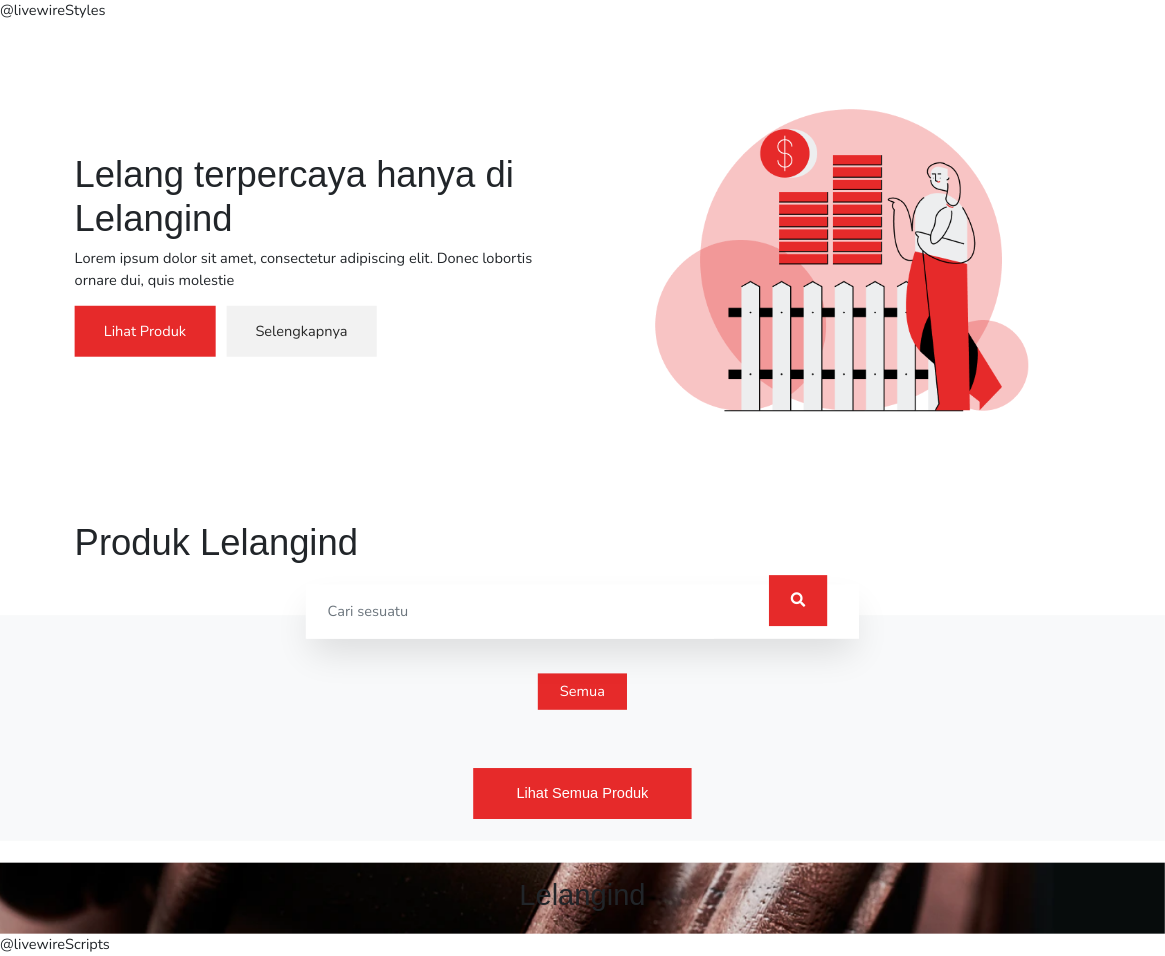
Repository: khulqu15/lelangyuk
Page: http://localhost/
These files come from the project's save history. The page is drawn as it stood at one moment and after the next save; the edit follows.
The browser window is 1280 px wide. The pictures show the whole page, at 91% of full size.
Backgrounds fixed to the window are drawn as part of the page. Some web fonts or font styles are not loaded; a fallback is used. The page is served by the project's Laravel application, run on PHP 8.4 with Laravel 8. Other server files are loaded and not shown. Queries for data that is not in the repository find no rows.

Above is the page before, as saved 2021-02-15 15:58:32.

### routes/web.php
<?php

use App\Http\Controllers\PageController;
use App\Http\Livewire\Page\Home;
use Illuminate\Support\Facades\Route;

/*
|--------------------------------------------------------------------------
| Web Routes
|--------------------------------------------------------------------------
|
| Here is where you can register web routes for your application. These
| routes are loaded by the RouteServiceProvider within a group which
| contains the "web" middleware group. Now create something great!
|
*/

Route::get('/', [PageController::class, 'home'])->name('home');

Route::get('home', [Home::class, 'render']);

Route::middleware(['auth:sanctum', 'verified'])->get('/dashboard', function () {
    return view('dashboard');
})->name('dashboard');

### app/Http/Controllers/PageController.php
<?php

namespace App\Http\Controllers;

use App\Models\CategoryProduct;
use App\Models\Product;
use Illuminate\Http\Request;

class PageController extends Controller
{
    public $product;
    public $ctr;

    public function __construct(Product $product, CategoryProduct $category)
    {
        $this->ctr = $category;
        $this->product = $product;
    }

    public function home(Request $request)
    {
        $query = $this->product->query();
        $product = $query->with('Category');
        if($request->get('name')) {
            $products = $query->where('name', 'LIKE', "%".$request->get('name')."%");
        }
        if($request->get('category')) {
            $products = $query->where('category_id', $request->get('category'));
        }
        $products = $query->paginate(6);
        $categories = $this->ctr->paginate(4);
        return view('welcome', compact('products', 'categories'));
    }

    public function products(Request $request)
    {

    }

    public function product(Request $request)
    {

    }
}

### app/Http/Controllers/Controller.php
<?php

namespace App\Http\Controllers;

use GuzzleHttp\Exception\ClientException;
use Illuminate\Foundation\Auth\Access\AuthorizesRequests;
use Illuminate\Foundation\Bus\DispatchesJobs;
use Illuminate\Foundation\Validation\ValidatesRequests;
use Illuminate\Routing\Controller as BaseController;

class Controller extends BaseController
{
    use AuthorizesRequests, DispatchesJobs, ValidatesRequests;

    public function onSuccess($dataType, $data, $requestType = null)
    {
        if($requestType != null) {
            return response()->json([
                'status' => "$dataType $requestType",
                'code' => '200',
                'data' => $data
            ]);
        }
        if($data == null) {
            return response()->json([
                'status' => "$dataType Not Found",
                'code' => '404',
                'message' => "Data $dataType belum ada",
                'data' => $data
            ]);
        }
        return response()->json([
            'status' => "$dataType Founded",
            'code' => '200',
            'message' => "Data $dataType ditemukan",
            'data' => $data
        ]);
    }

    public function onError(\Exception $e)
    {
        if($e instanceof ClientException) {
            $nException = json_decode($e->getResponse()->getBody()->getContents(), true);
            if($nException) {
                $e = new \Exception($nException['reason'], $nException['code']);
            }
        }
        $exceptions = [
            'status' => 'Failed Error',
            'code' => $e->getCode(),
            'error' => $e->getMessage(),
        ];
        return response()->json($exceptions);
    }
}

### app/Models/Product.php
<?php

namespace App\Models;

use Illuminate\Database\Eloquent\Factories\HasFactory;
use Illuminate\Database\Eloquent\Model;

class Product extends Model
{
    use HasFactory;

    protected $table = 'products';

    protected $fillable = ['name', 'close', 'price', 'picture', 'description', 'category_id'];

    public function Category()
    {
        return $this->belongsTo(CategoryProduct::class, 'category_id');
    }
}

### app/Models/CategoryProduct.php
<?php

namespace App\Models;

use Illuminate\Database\Eloquent\Factories\HasFactory;
use Illuminate\Database\Eloquent\Model;

class CategoryProduct extends Model
{
    use HasFactory;

    protected $table = 'category_products';

    protected $fillable = ['name'];

    public function Product()
    {
        return $this->hasMany(Product::class, 'category_id');
    }
}

### resources/views/welcome.blade.php
@extends('layouts.general')

@section('title', 'Beranda')

@section('content')

<div class="container py-5">
    <div class="row pt-5 pb-4">
        <div class="col-md-6 pt-5">
            <h1 class="viga">Lelang terpercaya hanya di Lelangind</h1>
            <p>Lorem ipsum dolor sit amet, consectetur adipiscing elit. Donec lobortis ornare dui, quis molestie </p>
            <button class="btn btnm-primary">Lihat Produk</button>
            <button class="btn btnm-light mx-2">Selengkapnya</button>
        </div>
        <div class="col-md-6 py-md-0 py-4 text-center">
            <img src="{{ asset('img/illust/home.png') }}" class="w-75" alt="">
        </div>
    </div>
</div>

<div class="container mt-5">
    <div class="row">
        <div class="col-md-12">
            <h1 class="viga">Produk Lelangind</h1>
        </div>
    </div>
</div>

<div class="container-fluid mt-5 pt-3 bg-light">
    <div class="container">
        <div class="row">
            <div class="col-md-8 offset-md-2 text-center position-relative">
                <div class="input-search-home">
                    <form action="{{ route('home') }}" method="GET">
                        <div class="row">
                            <div class="col-9">
                                <input value="{{ request()->get('name') == null ? null : request()->get('name') }}"
                                type="text" name="name" placeholder="Cari sesuatu" class="form-control px-4 border-0">
                            </div>
                            <div class="col-3">
                                @if (Request::get('name') == null)
                                    <button type="submit" class="btn btnm-primary px-4">
                                        <i class="fas fa-search"></i>
                                    </button>
                                @else
                                    <a href="{{ route('home') }}" type="button" class="btn btnm-light px-4">
                                        <i class="fas fa-undo"></i>
                                    </a>
                                @endif
                            </div>
                        </div>
                    </form>
                </div>
                <div class="pt-5 pb-3">
                    <a href="{{ route('home') }}" class="btn {{ request()->get('category') == null ? 'btnm-primary' : 'btnm-light' }} btnm-primary my-md-0 my-2 mx-2 px-4 py-2">Semua</a>
                    @foreach ($categories as $category)
                        <a href="{{ route('home', ['category' => $category->id]) }}"
                        class="btn {{ request()->get('category') == $category->id ? 'btnm-primary' : 'btnm-light' }} my-md-0 my-2 mx-2 px-4 py-2">{{ $category->name }}</a>
                    @endforeach
                </div>
            </div>
        </div>
        <div class="row my-4">
            @foreach ($products as $product)
            <div class="col-md-4 col-sm-6 my-2">
                <div class="card card-product border-0 cursor-point mb-4">
                    <div class="image">
                        <img src="{{ asset('img/product/'.$product->picture) }}" class="w-100 image-fit-card" alt="Produk">
                    </div>
                    <div class="body p-4">
                        <h4 class="viga">{{ $product->name }}</h4>
                        <div>
                            <div class="line-category"></div>
                            <p class="mb-0 d-inline-block textm-gray position-relative" style="top: 3px">{{ $product->category->name }}</p>
                        </div>
                        <div class="mt-4">
                            <h5 class="viga textm-primary">Rp {{ number_format($product->price) }},-</h5>
                        </div>
                        <button class="btn viga btnm-primary py-3 px-5 position-absolute" style="right:0; bottom: -16px">Lebih Detail</button>
                    </div>
                </div>
            </div>
            @endforeach
            <div class="col-12 text-center py-4">
                <button class="btn btnm-primary px-5 py-3 viga">Lihat Semua Produk</button>
            </div>
        </div>
    </div>
</div>

<div class="container-fluid py-3 bg-hammer-bottom">
    <div class="row">
        <div class="col-md-8 offset-md-2 text-center">
            <h2 class="viga">Lelangind</h2>
        </div>
    </div>
</div>

@endsection

### resources/views/layouts/general.blade.php
<!DOCTYPE html>
<html lang="{{ str_replace('_', '-', app()->getLocale()) }}">
    <head>
        <meta charset="utf-8">
        <meta name="viewport" content="width=device-width, initial-scale=1">

        <title>Lelangind | @yield('title')</title>

        <link rel="shortcut icon" href="{{ asset('img/logo.png') }}" type="image/x-icon">

        <!-- Fonts -->
        <link href="https://fonts.googleapis.com/css2?family=Nunito:wght@400;600;700&display=swap" rel="stylesheet">
        <link href="https://fonts.googleapis.com/css2?family=Viga:wght@400;600;700&display=swap" rel="stylesheet">

        {{-- Scripts --}}
        <script src="{{ asset('js/jquery-3.5.1.min.js') }}"></script>
        <script src="{{ asset('js/bootstrap.min.js') }}"></script>
        <script src="{{ asset('js/all.min.js') }}"></script>
        <script src="{{ asset('js/fontawesome.min.js') }}"></script>

        @yield('asset')

        <!-- Styles -->
        <link rel="stylesheet" href="{{ asset('css/bootstrap.min.css') }}">
        <link rel="stylesheet" href="{{ asset('css/all.min.css') }}">
        <link rel="stylesheet" href="{{ asset('css/fontawesome.min.css') }}">
        <link rel="stylesheet" href="{{ asset('css/style.css') }}">
        <style>
            /*! normalize.css v8.0.1 | MIT License | github.com/necolas/normalize.css */html{line-height:1.15;-webkit-text-size-adjust:100%}body{margin:0}a{background-color:transparent}[hidden]{display:none}html{font-family:system-ui,-apple-system,BlinkMacSystemFont,Segoe UI,Roboto,Helvetica Neue,Arial,Noto Sans,sans-serif,Apple Color Emoji,Segoe UI Emoji,Segoe UI Symbol,Noto Color Emoji;line-height:1.5}*,:after,:before{box-sizing:border-box;border:0 solid #e2e8f0}a{color:inherit;text-decoration:inherit}svg,video{display:block;vertical-align:middle}video{max-width:100%;height:auto}.bg-white{--bg-opacity:1;background-color:#fff;background-color:rgba(255,255,255,var(--bg-opacity))}.bg-gray-100{--bg-opacity:1;background-color:#f7fafc;background-color:rgba(247,250,252,var(--bg-opacity))}.border-gray-200{--border-opacity:1;border-color:#edf2f7;border-color:rgba(237,242,247,var(--border-opacity))}.border-t{border-top-width:1px}.flex{display:flex}.grid{display:grid}.hidden{display:none}.items-center{align-items:center}.justify-center{justify-content:center}.font-semibold{font-weight:600}.h-5{height:1.25rem}.h-8{height:2rem}.h-16{height:4rem}.text-sm{font-size:.875rem}.text-lg{font-size:1.125rem}.leading-7{line-height:1.75rem}.mx-auto{margin-left:auto;margin-right:auto}.ml-1{margin-left:.25rem}.mt-2{margin-top:.5rem}.mr-2{margin-right:.5rem}.ml-2{margin-left:.5rem}.mt-4{margin-top:1rem}.ml-4{margin-left:1rem}.mt-8{margin-top:2rem}.ml-12{margin-left:3rem}.-mt-px{margin-top:-1px}.max-w-6xl{max-width:72rem}.min-h-screen{min-height:100vh}.overflow-hidden{overflow:hidden}.p-6{padding:1.5rem}.py-4{padding-top:1rem;padding-bottom:1rem}.px-6{padding-left:1.5rem;padding-right:1.5rem}.pt-8{padding-top:2rem}.fixed{position:fixed}.relative{position:relative}.top-0{top:0}.right-0{right:0}.shadow{box-shadow:0 1px 3px 0 rgba(0,0,0,.1),0 1px 2px 0 rgba(0,0,0,.06)}.text-center{text-align:center}.text-gray-200{--text-opacity:1;color:#edf2f7;color:rgba(237,242,247,var(--text-opacity))}.text-gray-300{--text-opacity:1;color:#e2e8f0;color:rgba(226,232,240,var(--text-opacity))}.text-gray-400{--text-opacity:1;color:#cbd5e0;color:rgba(203,213,224,var(--text-opacity))}.text-gray-500{--text-opacity:1;color:#a0aec0;color:rgba(160,174,192,var(--text-opacity))}.text-gray-600{--text-opacity:1;color:#718096;color:rgba(113,128,150,var(--text-opacity))}.text-gray-700{--text-opacity:1;color:#4a5568;color:rgba(74,85,104,var(--text-opacity))}.text-gray-900{--text-opacity:1;color:#1a202c;color:rgba(26,32,44,var(--text-opacity))}.underline{text-decoration:underline}.antialiased{-webkit-font-smoothing:antialiased;-moz-osx-font-smoothing:grayscale}.w-5{width:1.25rem}.w-8{width:2rem}.w-auto{width:auto}.grid-cols-1{grid-template-columns:repeat(1,minmax(0,1fr))}@media (min-width:640px){.sm\:rounded-lg{border-radius:.5rem}.sm\:block{display:block}.sm\:items-center{align-items:center}.sm\:justify-start{justify-content:flex-start}.sm\:justify-between{justify-content:space-between}.sm\:h-20{height:5rem}.sm\:ml-0{margin-left:0}.sm\:px-6{padding-left:1.5rem;padding-right:1.5rem}.sm\:pt-0{padding-top:0}.sm\:text-left{text-align:left}.sm\:text-right{text-align:right}}@media (min-width:768px){.md\:border-t-0{border-top-width:0}.md\:border-l{border-left-width:1px}.md\:grid-cols-2{grid-template-columns:repeat(2,minmax(0,1fr))}}@media (min-width:1024px){.lg\:px-8{padding-left:2rem;padding-right:2rem}}@media (prefers-color-scheme:dark){.dark\:bg-gray-800{--bg-opacity:1;background-color:#2d3748;background-color:rgba(45,55,72,var(--bg-opacity))}.dark\:bg-gray-900{--bg-opacity:1;background-color:#1a202c;background-color:rgba(26,32,44,var(--bg-opacity))}.dark\:border-gray-700{--border-opacity:1;border-color:#4a5568;border-color:rgba(74,85,104,var(--border-opacity))}.dark\:text-white{--text-opacity:1;color:#fff;color:rgba(255,255,255,var(--text-opacity))}.dark\:text-gray-400{--text-opacity:1;color:#cbd5e0;color:rgba(203,213,224,var(--text-opacity))}}
        </style>

        <style>
            body {
                font-family: 'Nunito';
            }
        </style>
        @livewireStyles
    </head>
    <body class="antialiased">

        @yield('content')

    @livewireScripts
    </body>
</html>

### public/css/style.css
.viga {
    font-family: 'Viga', sans-serif;
}
.bgm-primary {
    background-color: #E62A2A !important;
}
.btnm-primary {
    border: none;
    border-radius: 0px !important;
    transition: all .3s ease-in-out;
    background-color: #E62A2A !important;
    padding: 1rem 2rem;
    color: white;
}
.cursor-point {
    cursor: pointer;
}
.btnm-primary:hover {
    color: white !important;
    background-color: #c01c1c !important;
}
.btnm-light {
    border: none;
    border-radius: 0px !important;
    transition: all .3s ease-in-out;
    background-color: #f2f2f2 !important;
    padding: 1rem 2rem;
    color: #292929;
}
.btnm-light:hover {
    color: #292929 !important;
    background-color: #c2c2c2 !important;
}
.textm-primary {
    color: #E62A2A !important;
}
.textm-gray {
    color: gray !important;
}

.input-search-home {
    width: 80%;
    position: absolute;
    left: 10%;
    height: 60px;
    box-shadow: 0px 20px 40px -6px rgba(0, 0, 0, 0.12);
    top: -50px;
    background-color: white;
}
.input-search-home input {
    height: 60px;
}
.input-search-home button,
.input-search-home a {
    position: relative;
    top: -10px;
}


.card-product {
    width: 100%;
    transition: all .3s ease-in-out;
    height: 370px;
    background-color: white;
}
.card-product:hover {
    box-shadow: 12px 24px 48px rgba(0, 0, 0, 0.09);
}
.card-product .image {
    width: 100%;
    height: 170px;
    background-color: #f36c6c;
    overflow: hidden;
}
.card-product .image img {
    transition: all .3s ease-in-out;
}
.card-product .image:hover img {
    transform: scale(1.1);
    opacity: .6;
}
.image-fit-card {
    width: 100%;
    height: 100%;
    object-fit: cover !important;
}
.card-product .line-category {
    display: inline-block;
    width: 20px;
    height: 3px;
    background-color: gray;
}

.bg-hammer-bottom {
    background: url('../img/wallpaper/hammer.png');
    background-attachment: fixed;
    background-position: center;
    background-size: cover;
}

Loaded but not shown: public/js/jquery-3.5.1.min.js (library); public/js/bootstrap.min.js (library); public/js/fontawesome.min.js (library); public/css/bootstrap.min.css (library); public/css/all.min.css (library); public/css/fontawesome.min.css (library)

After the next save:
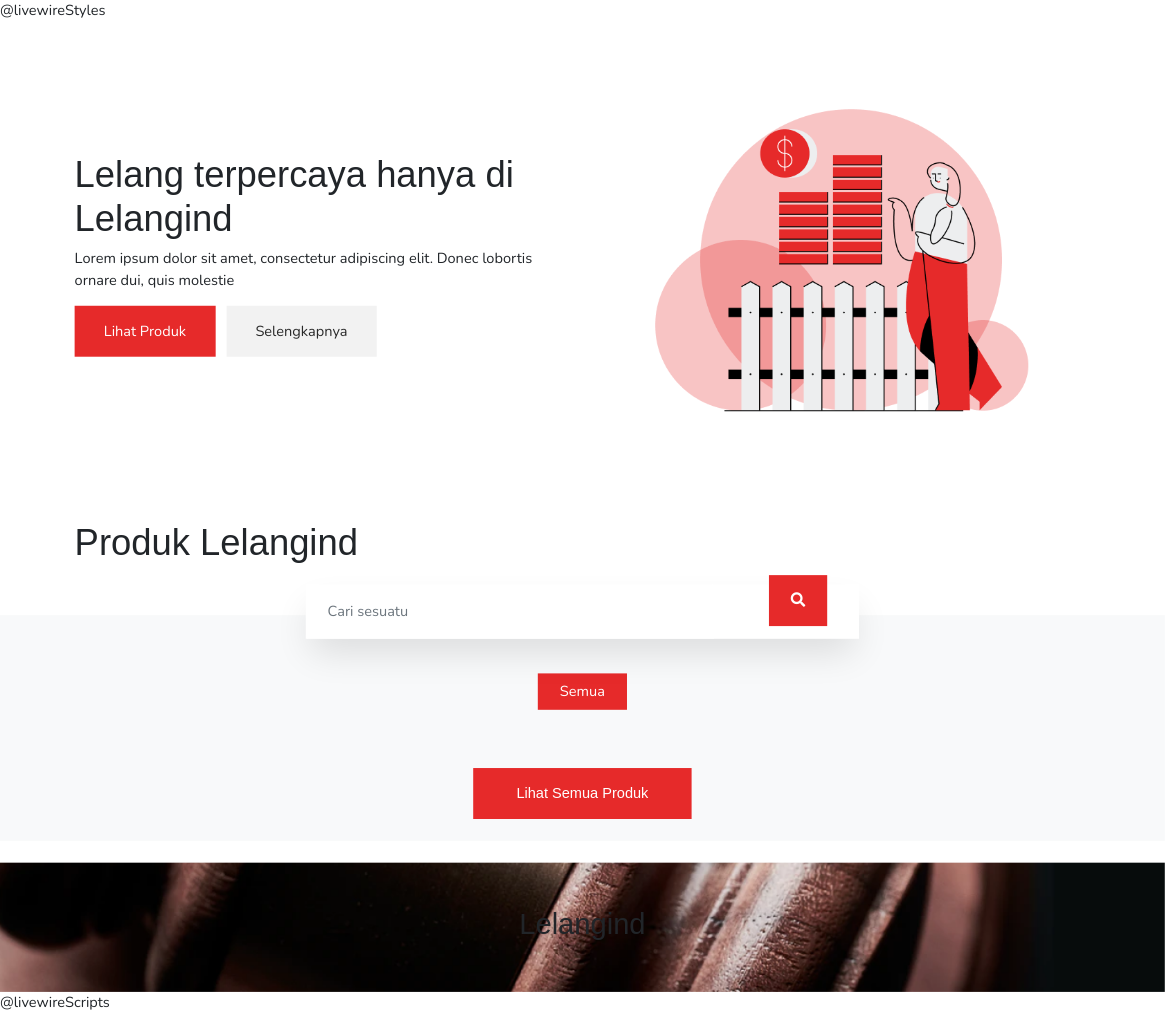
Saved 17 s later.
--- a/resources/views/welcome.blade.php
+++ b/resources/views/welcome.blade.php
@@ -88,7 +88,7 @@
     </div>
 </div>
 
-<div class="container-fluid py-3 bg-hammer-bottom">
+<div class="container-fluid py-5 bg-hammer-bottom">
     <div class="row">
         <div class="col-md-8 offset-md-2 text-center">
             <h2 class="viga">Lelangind</h2>
